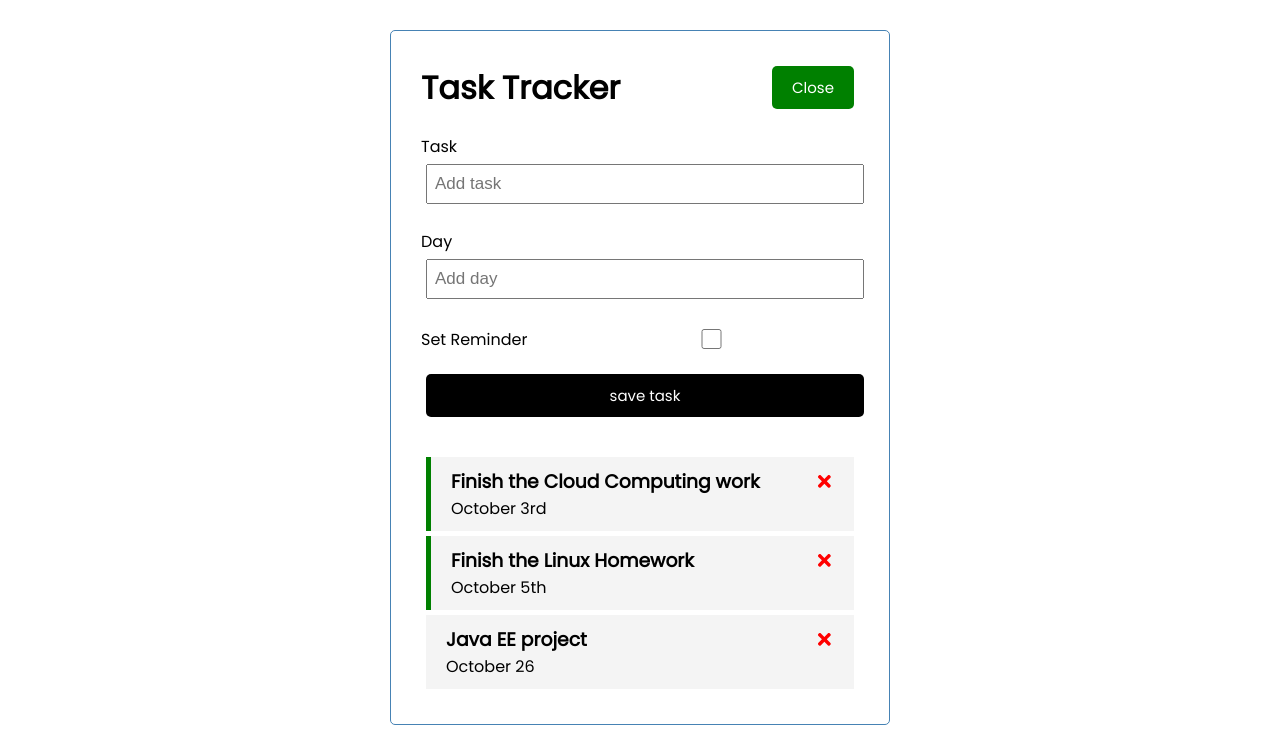
Repository: ds-mbappe/react-task-tracker
Page: /
The author's editor kept a copy of each file at every save. The page is drawn from the files as they stood at one save, then again after the next save.
The browser window is 1280 px wide. The pictures show the whole page.
The project was rebuilt for these pictures with package versions that can differ from the ones it lists, and the page was loaded fresh each time.

Above is the page before, as saved 2021-10-02 13:42:08.

### src/App.js
import { useState } from "react";
import Header from "./components/Header";
import Tasks from "./components/Tasks";
import AddTask from "./components/AddTask";

const App = () => {
  const [showAddTask, setShowAddTask] = useState(true)
  const [tasks, setTasks] = useState(
    [
      {
        id: 1,
        text: "Finish the Cloud Computing work",
        day: "October 3rd",
        reminder: true,
      },
      {
        id: 2,
        text: "Finish the Linux Homework",
        day: "October 5th",
        reminder: true,
      },
      {
        id: 3,
        text: "Java EE project",
        day: "October 26",
        reminder: false,
      }
    ]
  )

  // Add a new task
  const addTask = (task) => {
    const id = Math.floor(Math.random() * 10000) + 1
    const newTask = { id, ...task }
    setTasks([...tasks, newTask])
  }

  // Delete Task
  const deleteTask = (id) => {
    setTasks(tasks.filter((task) => task.id !== id))
  }

  // Toogle reminder
  const toggleReminder = (id) => {
    setTasks(tasks.map((task) => task.id === id ? { ...task, reminder: !task.reminder } : task))
  }

  return (
    <div className="container">
      <Header onAdd={() => setShowAddTask(!showAddTask)} showAdd={showAddTask} />
      {showAddTask && <AddTask onAdd={addTask} />}
      {tasks.length > 0 ? (<Tasks tasks={tasks} onDelete={deleteTask} onToggle={toggleReminder} />) : ("No tasks to show...")}
    </div>
  );
}

export default App;

### src/components/Header.js
import PropTypes from "prop-types"
import Button from "./Button"

const Header = ({ title, onAdd, showAdd }) => {
    return (
        <header className="header">
            <h1>{title}</h1>
            <Button color="green" text={showAdd ? 'Close' : 'Add'} onClick={onAdd} />
        </header>
    )
}

Header.defaultProps = {
    title: "Task Tracker",
}

Header.propTypes = {
    title: PropTypes.string.isRequired,
}

export default Header

### src/components/Tasks.js
import Task from "./Task"

const Tasks = ({ tasks, onDelete, onToggle }) => {
    return (
        <>
            {tasks.map((task) => (<Task key={task.id} task={task} onDelete={onDelete} onToggle={onToggle}/>))}
        </>
    )
}

export default Tasks

### src/components/AddTask.js
import { useState } from "react"

const AddTask = ({ onAdd }) => {

    const [text, setText] = useState('')
    const [day, setDay] = useState('')
    const [reminder, setReminder] = useState(false)

    const onSubmit = (e) => {
        e.preventDefault()
        if (!text) {
            alert('Please add a task!')
            return
        }

        onAdd({ text, day, reminder })

        setText('')
        setDay('')
        setReminder(false)
}

    return (
        <form className="add-form" onSubmit={onSubmit}>
            <div className="form-control">
                <label>Task</label>
                <input type="text" placeholder="Add task" value={text} onChange={(e) => setText(e.target.value)}/>
            </div>
            <div className="form-control">
                <label>Day</label>
                <input type="text" placeholder="Add day" value={day} onChange={(e) => setDay(e.target.value)}/>
            </div>
            <div className="form-control form-control-check">
                <label>Set Reminder</label>
                <input type="checkbox" checked={reminder} value={reminder} onChange={(e) => setReminder(e.currentTarget.checked)}/>
            </div>

            <input type="submit" value="save task" className="btn btn-block" />
        </form>
    )
}

export default AddTask

### src/components/Button.js
import PropTypes from "prop-types"

const Button = ({ color, text, onClick }) => {
    return (
        <button onClick={onClick} className="btn" style={{backgroundColor: color}}>{text}</button>
    )
}

Button.defaultProps = {
    color: "steelblue",
}

Button.propTypes = {
    text: PropTypes.string,
    color: PropTypes.string,
}

export default Button

### src/components/Task.js
import { FaTimes } from "react-icons/fa"

const Task = ({ task, onDelete, onToggle }) => {
    return (
        <div className={`task ${task.reminder ? "reminder" : ""}`} onDoubleClick={() => onToggle(task.id)}>
            <h3>{task.text} <FaTimes style={{ color: "red", cursor: "pointer" }} onClick={() => onDelete(task.id)}/> </h3>
            <p>{task.day}</p>
        </div>
    )
}

export default Task

Loaded but not shown: public/index.html (common file); src/index.js (common file); src/index.css (common file); src/reportWebVitals.js (common file)

After the next save:
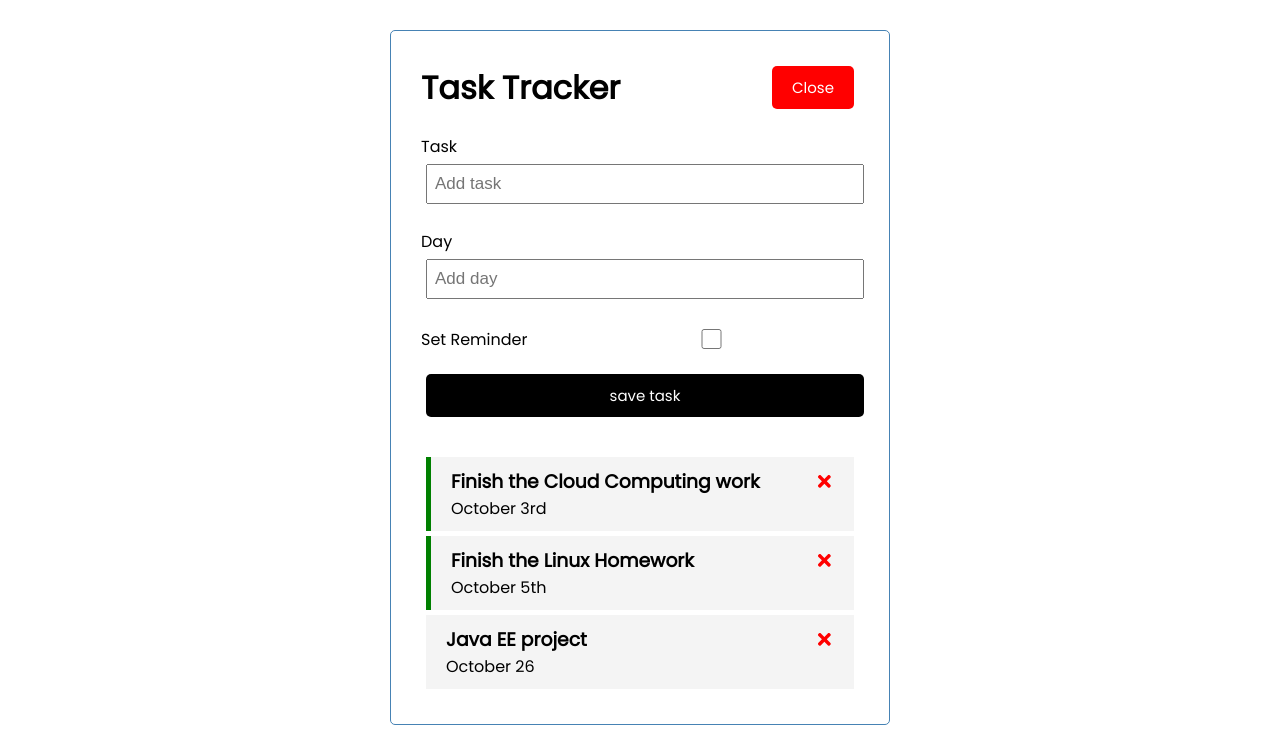
Saved 32 s later.
--- a/src/components/Header.js
+++ b/src/components/Header.js
@@ -5,7 +5,7 @@ const Header = ({ title, onAdd, showAdd }) => {
     return (
         <header className="header">
             <h1>{title}</h1>
-            <Button color="green" text={showAdd ? 'Close' : 'Add'} onClick={onAdd} />
+            <Button color={showAdd ? 'red' : 'green'} text={showAdd ? 'Close' : 'Add'} onClick={onAdd} />
         </header>
     )
 }
